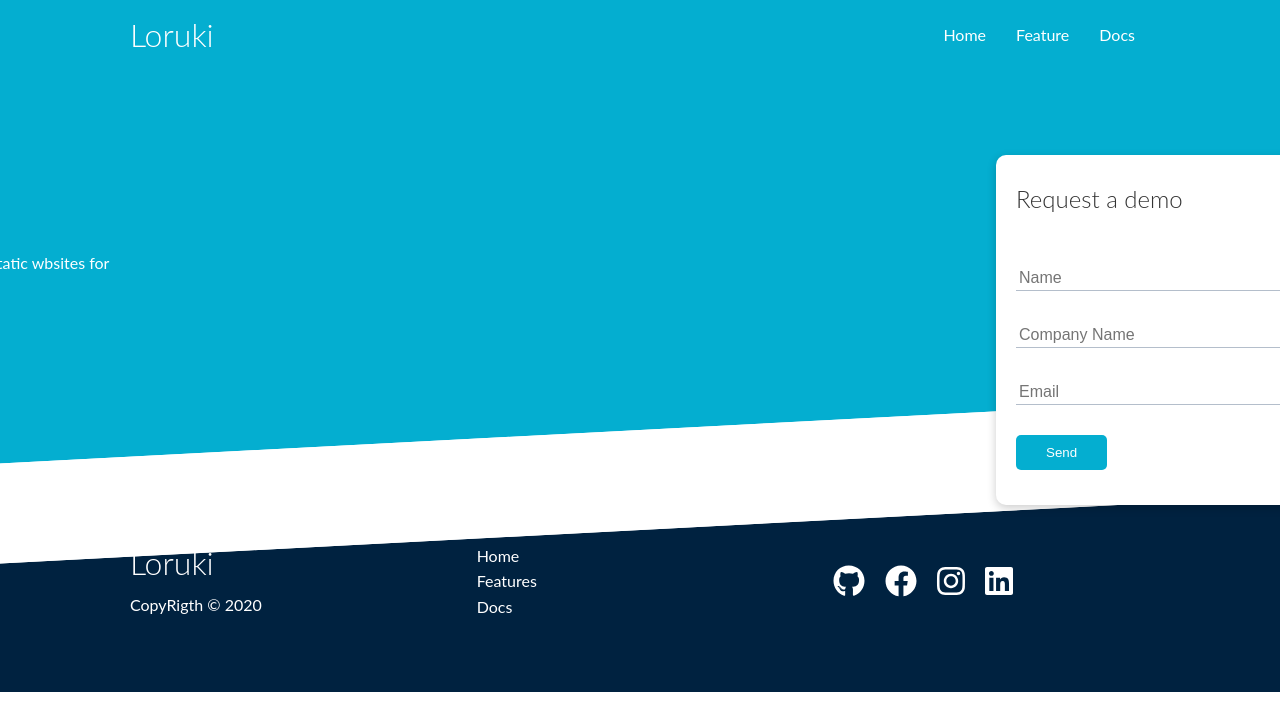
Repository: MosiurRrahman/loruki-app-reactjs
Page: /
An editor plug-in stored every save of this project. The page is shown before and after the next save, followed by the edit.
The browser window is 1280 px wide. The pictures show the whole page.
The project was rebuilt for these pictures with package versions that can differ from the ones it lists, and the page was loaded fresh each time. Also part of the build but not shown: src/components/app.jsx.

Above is the page before, as saved 2021-10-05 16:54:39.

### src/index.js
import React from 'react';
import ReactDOM from 'react-dom';
import { BrowserRouter, Route, Switch } from 'react-router-dom';
import Layout from './components/app';
import defaultLayout from './components/layouts/Main';
import './index.css';
// import './utilities';






class Root extends React.Component{
  render(){
    return(
      <BrowserRouter basename = {"/"} >
      <Switch>
        <Route exact path = "/" component={defaultLayout} />
      <Layout></Layout>
      </Switch>
      </BrowserRouter>
    );
  }
}




ReactDOM.render(
  <React.StrictMode>
    <Root />
  </React.StrictMode>,
  document.getElementById('root')
);

### src/components/layouts/Main.jsx
import React, { Component } from "react";
import Footer from "../common/Footer";
import Header from "../common/Header";
import HomePage from "../pages/home/HomePage";

class Main extends Component {
  constructor(props) {
    super(props);
    this.state = {};
  }
  render() {
    return (
      <>
        <Header />
        <HomePage />
        <Footer />
      </>
    );
  }
}

export default Main;

### src/index.css
/* all css imported */

@import url("./assets/css/main");
@import url("./assets/css/utilities");

### src/components/common/Footer.jsx
import {
  faFacebook,
  faGithub,
  faInstagram,
  faLinkedin,
} from "@fortawesome/free-brands-svg-icons";
import { FontAwesomeIcon } from "@fortawesome/react-fontawesome";
import { Component } from "react";

class Footer extends Component {
  render() {
    return (
      <>
        <footer className="footer bg-dark py-5">
          <div className="container grid grid-3">
            <div>
              <h1>Loruki</h1>
              <p>CopyRigth &copy; 2020</p>
            </div>
            <nav>
              <ul>
                <li>
                  <a href="index.html">Home</a>
                </li>
                <li>
                  <a href="feature.html">Features</a>
                </li>
                <li>
                  <a href="docs.html">Docs</a>
                </li>
              </ul>
            </nav>
            <div className="social">
              <a href="#">
                <li className="fa-2x">
                  <FontAwesomeIcon icon={faGithub} />
                </li>
              </a>
              <a href="#">
                <li className="fa-2x">
                  <FontAwesomeIcon icon={faFacebook} />
                </li>
              </a>
              <a href="#">
                <li className="fa-2x">
                  <FontAwesomeIcon icon={faInstagram} />
                </li>
              </a>
              <a href="#">
                <li className=" fa-2x">
                  <FontAwesomeIcon icon={faLinkedin} />
                </li>
              </a>
            </div>
          </div>
        </footer>
      </>
    );
  }
}
export default Footer;

### src/components/common/Header.jsx
import { Component } from "react";

class Header extends Component {
  render() {
    return (
      <>
        <div className="navbar">
          <div className="container flex">
            <h1 className="logo">Loruki</h1>
            <nav>
              <ul>
                <li>
                  <a href="index.html">Home</a>
                </li>
                <li>
                  <a href="feature.html">Feature</a>
                </li>
                <li>
                  <a href="docs.html">Docs</a>
                </li>
              </ul>
            </nav>
          </div>
        </div>
      </>
    );
  }
}
export default Header;

### src/components/pages/home/HomePage.js
import React, { Component } from 'react';
import ShowCase from './ShowCase';

class HomePage extends Component {
    constructor(props){
        super(props);
        this.state = {

        }
    }
    render() {
        return (
            <>
            <ShowCase/>
            </>
        );
    }
}

export default HomePage;

### src/assets/css/main.css
:root {
  --primary-color: #04aed0;
  --secondry-color: #04a1c0;
  --dark-color: #002240;
  --light-color: #f4f4ff;
  --success-color: #5cb85c;
  --error-color: #d9534f;
}

* {
  box-sizing: border-box;
  margin: 0;
  padding: 0;
}

body {
  font-family: "lato", sans-serif;
  color: #333333;
  line-height: 1.6;
}

ul {
  list-style-type: none;
}

a {
  text-decoration: none;
  color: #333333;
}

h1,
h2 {
  font-weight: 300;
  line-height: 1.2;
  margin: 10px 0;
}

p {
  margin: 10px 0;
}

img {
  width: 100%;
}

code,
pre {
  background: #333;
  color: #fff;
  padding: 10px;
}

.hidden {
  visibility: hidden;
  height: 0;
}

/* === navbar style === */

.navbar {
  background-color: var(--primary-color);
  color: #ffffff;
  height: 70px;
}

.navbar .flex {
  justify-content: space-between;
}

.navbar ul {
  display: flex;
}

.navbar ul a {
  padding: 10px;
  margin: 0 5px;
  color: #fff;
  transition: 0.3s;
}

.navbar ul a:hover {
  border-bottom: 2px solid #fff;
}

/* === Showcase style === */

.showcase {
  height: 400px;
  background-color: var(--primary-color);
  color: #fff;
  position: relative;
}

.showcase h1 {
  font-size: 40px;
}

.showcase p {
  margin: 20px 0;
}

.showcase .grid {
  overflow: visible;
  grid-template-columns: 55% 45%;
  gap: 30px;
}

body {
  overflow-x: hidden;
}

.showcase-form {
  position: relative;
  top: 60px;
  height: 350px;
  max-width: 400px;
  padding: 40px;
  z-index: 100;
  animation: slideInFromRight 1s ease-in;
}

.showcase-text {
  animation: slideInFromLeft 1s ease-in;
}

.showcase .form-control {
  margin: 30px 0;
}

.showcase input[type="text"],
.showcase input[type="email"] {
  border: 0;
  border-bottom: 1px solid #b4becb;
  width: 100%;
  padding: 3px;
  font-size: 16px;
}

.showcase-form input:focus {
  outline: none;
}

.showcase::before,
.showcase::after {
  content: "";
  position: absolute;
  height: 100px;
  background: #fff;
  left: 0;
  bottom: -60px;
  right: 0;
  transform: skewY(-3deg);
  --webkit-transform: skewY(-3deg);
  --moz-transform: skewY(-3deg);
  --ms-transform: skewY(-3deg);
}

/* ===stats=== */

.stats {
  padding-top: 100px;
  animation: slideInFromBottom 1s ease-in;
}

.stats-heading {
  max-width: 500px;
  margin: auto;
}

.stats .grid h3 {
  font-size: 35px;
}

.stats .grid p {
  font-size: 20px;
  font-weight: bold;
}

/* cli */

.cli .grid {
  grid-template-columns: repeat(3, 1fr);
  grid-template-rows: repeat(2, 1fr);
}

.cli .grid > *:first-child {
  grid-column: 1 / span 2;
  grid-row: 1 / span 2;
}

/* Cloud */

.cloud .grid {
  grid-template-columns: repeat(4fr, 1fr);
}

/* languages */

.languages .flex {
  flex-wrap: wrap;
}

.languages .card {
  text-align: center;
  margin: 18px 10px 40px;
  transition: 0.3s;
}

.languages .card:hover {
  transform: translateY(-15px);
  color: var(--primary-color);
}

.languages .card h4 {
  font-size: 20px;
  margin-bottom: 10px;
}

/* Feature section */

.freatures-head img,
.docs-head img {
  width: 200px;
  justify-self: center;
}

.freatures-sub-head img {
  width: 300px;
  justify-self: flex-end;
}

/* feature main */

.freatures-main .card > i {
  margin-right: 20px;
}

.freatures-main .grid {
  padding: 30px;
}

.freatures-main .grid > *:first-child {
  grid-column: 1 / span 3;
}

.freatures-main .grid > *:nth-child(2) {
  grid-column: 1 / span 2;
}

.freatures-main .grid > *:nth-child(2) {
  justify-content: start;
}

/* dosc */

.docs-main h3 {
  margin: 20px 0;
}

.docs-main .grid {
  grid-template-columns: 1fr 2fr;
  align-items: flex-start;
}

.docs-main nav li {
  font-size: 20px;
  padding-bottom: 5px;
  margin-bottom: 5px;
  border-bottom: 1px solid #ccc;
}

.docs-main nav a:hover {
  color: var(--primary-color);
  font-weight: bold;
}

/* Footer */
.footer .social {
  display: flex;
}
.footer .social a {
  margin: 0 10px;
}

.footer .social a li {
  list-style-type: none;
  transition: 0.3s;
}

.footer .social a li:hover {
  transform: translateY(-5px);
  color: var(--primary-color);
}

/* Animation */

@keyframes slideInFromLeft {
  0% {
    transform: translateX(-100%);
  }
  100% {
    transform: translateX(0);
  }
}

@keyframes slideInFromRight {
  0% {
    transform: translateX(70%);
  }
  100% {
    transform: translateX(0);
  }
}

@keyframes slideInFromTop {
  0% {
    transform: translateY(-100%);
  }
  100% {
    transform: translateX(0);
  }
}

@keyframes slideInFromBottom {
  0% {
    transform: translateY(100%);
  }
  100% {
    transform: translateX(0);
  }
}

/* ===responsive css ===*/

/* Tablets and under */

@media screen and (max-width: 768px) {
  .grid,
  .showcase .grid,
  .stats .grid,
  .cli .grid,
  .cloud .grid,
  .freature-main .grid,
  .docs-main .grid {
    grid-template-columns: 1fr;
    grid-template-rows: 1fr;
  }
  .showcase {
    height: auto;
  }
  .showcase-text {
    text-align: center;
    margin-top: 40px;
    animation: slideInFromTop 1s ease-in;
  }
  .showcase-form {
    justify-self: center;
    margin: auto;
    animation: slideInFromBottom 1s ease-in;
  }
  .cli .grid > *:first-child {
    grid-column: 1;
    grid-row: 1;
  }
  .freatures-head,
  .freatures-sub-head,
  .docs-head {
    text-align: center;
  }
  .freatures-head img,
  .freatures-sub-head img,
  .docs-head img {
    justify-self: center;
  }
  .freatures-main .grid > *:first-child,
  .freatures-main .grid > *:nth-child(2) {
    grid-column: 1;
  }
  .grid-3 {
    grid-template-columns: 1fr;
    grid-template-rows: 1fr;
  }
}

/* Mobile */

@media (max-width: 500px) {
  .navbar {
    height: 110px;
  }
  .navbar .flex {
    flex-direction: column;
  }
  .navbar ul {
    padding: 10px;
    background: rgba(0, 0, 0, 0.1);
  }
}

/* ===responsive css end ===*/

/* === utlities === */

.container {
  max-width: 1100px;
  margin: 0 auto;
  overflow: auto;
  padding: 0 40px;
}

.card {
  background-color: #fff;
  color: #333;
  border-radius: 10px;
  box-shadow: 0 3px 10px rgba(0, 0, 0, 0.2);
  padding: 20px;
  margin: 10px;
}

.card p {
  padding-left: 20px;
}

.btn {
  display: inline-block;
  padding: 10px 30px;
  cursor: pointer;
  background: var(--primary-color);
  color: #fff;
  border: none;
  border-radius: 5px;
  transition: 0.3s;
}

.btn-outline {
  background-color: transparent;
  border: 1px solid #ffffff;
}

.btn:hover {
  transform: translate(5px);
}

/* background and colored buttons */

.btn-primary,
.bg-primary {
  background-color: var(--primary-color);
  color: #ffffff;
}

.btn-secondry,
.bg-secondry {
  background-color: var(--secondry-color);
  color: #ffffff;
}

.btn-dark,
.bg-dark {
  background-color: var(--dark-color);
  color: #ffffff;
}

.btn-light,
.bg-light {
  background-color: var(--light-color);
  color: #333;
}

.btn-primary a,
.bg-primary a,
.btn-secondry a,
.bg-secondry a,
.btn-dark a,
.bg-dark a {
  color: #fff;
}

/* text sizes */

.lead {
  font-size: 20px;
}

.sm {
  font-size: 1rem;
}

.md {
  font-size: 2rem;
}

.lg {
  font-size: 3rem;
}

.xl {
  font-size: 4rem;
}

.text-center {
  text-align: center;
}

.flex {
  display: flex;
  justify-items: center;
  align-items: center;
  height: 100%;
}

.grid {
  display: grid;
  grid-template-columns: repeat(2, 1fr);
  gap: 20px;
  justify-content: center;
  align-items: center;
  height: 100%;
}

.grid-3 {
  grid-template-columns: repeat(3, 1fr);
}

/* alart */

.alert {
  background-color: var(--light-color);
  padding: 10px 20px;
  font-weight: bold;
  margin: 15px 0;
}

.alert i {
  margin-right: 10px;
}

.alert-success {
  background-color: var(--success-color);
  color: #fff;
}

.alert-error {
  background-color: var(--errer-color);
  color: #fff;
}

/* Margin */

.my-1 {
  margin: 1rem 0;
}

.my-2 {
  margin: 1.5rem 0;
}

.my-3 {
  margin: 2rem;
}

.my-4 {
  margin: 3rem 0;
}

.my-5 {
  margin: 4rem 0;
}

.m-1 {
  margin: 1rem;
}

.m-2 {
  margin: 1.5rem;
}

.m-3 {
  margin: 2rem;
}

.m-4 {
  margin: 3rem;
}

.m-5 {
  margin: 4rem;
}

/* padding */

.py-1 {
  padding: 1rem 0;
}

.py-2 {
  padding: 1.5rem 0;
}

.py-3 {
  padding: 2rem;
}

.py-4 {
  padding: 3rem 0;
}

.py-5 {
  padding: 4rem 0;
}

.p-1 {
  padding: 1rem;
}

.p-2 {
  padding: 1.5rem;
}

.p-3 {
  padding: 2rem;
}

.p-4 {
  padding: 3rem;
}

.p-5 {
  padding: 4rem;
}

### src/assets/css/utilities.css
/* === utlities === */

.container {
  max-width: 1100px;
  margin: 0 auto;
  overflow: auto;
  padding: 0 40px;
}

.card {
  background-color: #fff;
  color: #333;
  border-radius: 10px;
  box-shadow: 0 3px 10px rgba(0, 0, 0, 0.2);
  padding: 20px;
  margin: 10px;
}

.card p {
  padding-left: 20px;
}

.btn {
  display: inline-block;
  padding: 10px 30px;
  cursor: pointer;
  background: var(--primary-color);
  color: #fff;
  border: none;
  border-radius: 5px;
  transition: 0.3s;
}

.btn-outline {
  background-color: transparent;
  border: 1px solid #ffffff;
}

.btn:hover {
  transform: translate(5px);
}

/* background and colored buttons */

.btn-primary,
.bg-primary {
  background-color: var(--primary-color);
  color: #ffffff;
}

.btn-secondry,
.bg-secondry {
  background-color: var(--secondry-color);
  color: #ffffff;
}

.btn-dark,
.bg-dark {
  background-color: var(--dark-color);
  color: #ffffff;
}

.btn-light,
.bg-light {
  background-color: var(--light-color);
  color: #333;
}

.btn-primary a,
.bg-primary a,
.btn-secondry a,
.bg-secondry a,
.btn-dark a,
.bg-dark a {
  color: #fff;
}

/* text sizes */

.lead {
  font-size: 20px;
}

.sm {
  font-size: 1rem;
}

.md {
  font-size: 2rem;
}

.lg {
  font-size: 3rem;
}

.xl {
  font-size: 4rem;
}

.text-center {
  text-align: center;
}

.flex {
  display: flex;
  justify-items: center;
  align-items: center;
  height: 100%;
}

.grid {
  display: grid;
  grid-template-columns: repeat(2, 1fr);
  gap: 20px;
  justify-content: center;
  align-items: center;
  height: 100%;
}

.grid-3 {
  grid-template-columns: repeat(3, 1fr);
}

/* alart */

.alert {
  background-color: var(--light-color);
  padding: 10px 20px;
  font-weight: bold;
  margin: 15px 0;
}

.alert i {
  margin-right: 10px;
}

.alert-success {
  background-color: var(--success-color);
  color: #fff;
}

.alert-error {
  background-color: var(--errer-color);
  color: #fff;
}

/* Margin */

.my-1 {
  margin: 1rem 0;
}

.my-2 {
  margin: 1.5rem 0;
}

.my-3 {
  margin: 2rem;
}

.my-4 {
  margin: 3rem 0;
}

.my-5 {
  margin: 4rem 0;
}

.m-1 {
  margin: 1rem;
}

.m-2 {
  margin: 1.5rem;
}

.m-3 {
  margin: 2rem;
}

.m-4 {
  margin: 3rem;
}

.m-5 {
  margin: 4rem;
}

/* padding */

.py-1 {
  padding: 1rem 0;
}

.py-2 {
  padding: 1.5rem 0;
}

.py-3 {
  padding: 2rem;
}

.py-4 {
  padding: 3rem 0;
}

.py-5 {
  padding: 4rem 0;
}

.p-1 {
  padding: 1rem;
}

.p-2 {
  padding: 1.5rem;
}

.p-3 {
  padding: 2rem;
}

.p-4 {
  padding: 3rem;
}

.p-5 {
  padding: 4rem;
}

### src/components/pages/home/ShowCase.js
import React, { Component } from "react";
import ShowcaseForm from "./ShowcaseForm";

class ShowCase extends Component {
  render() {
    return (
      <>
        <section className="showcase">
          <div className="container grid">
            <div className="showcase-text">
              <h1>Easier Deployment</h1>
              <p>
                Deploy web apps of all kinds, from large scale enterise APIs to
                static wbsites for individuals.Flill out the form to try a demo
                of our platform
              </p>
              <a href="feature.html" class="btn btn-outline">
                Read More
              </a>
            </div>


          <ShowcaseForm/>
          </div>
        </section>
      </>
    );
  }
}

export default ShowCase;

### src/components/pages/home/ShowcaseForm.js
import React, { Component } from 'react';

class ShowcaseForm extends Component {
    render() {
        return (
            <>
                <div className="showcase-form card">
                <h2>Request a demo</h2>
                <form name="contact" method="POST" data-netlify="true" netlify-honeypot="bot-field">
                    <input type="hidden" name="form-name" value="contact"/>
                    <p className="hidden">
                        <label>Don’t fill this out if you're human: <input name="bot-field" /></label>
                    </p>
                    <div className="form-control">
                        <input type="text" name="name" id="" placeholder="Name" required />
                    </div>
                    <div className="form-control">
                        <input type="text" name="Company name" id="" placeholder="Company Name" required />
                    </div>
                    <div className="form-control">
                        <input type="email" name="email" id="" placeholder="Email" required />
                    </div>
                    <input type="submit" value="Send" className="btn btn-primary" />
                </form>
            </div>
            </>
        );
    }
}

export default ShowcaseForm;

### src/components/pages/home/Status.js
import React, { Component } from 'react';

class Status extends Component {
    render() {
        return (
            <div>
                this is Status components
            </div>
        );
    }
}

export default Status;

Loaded but not shown: public/index.html (common file)

After the next save:
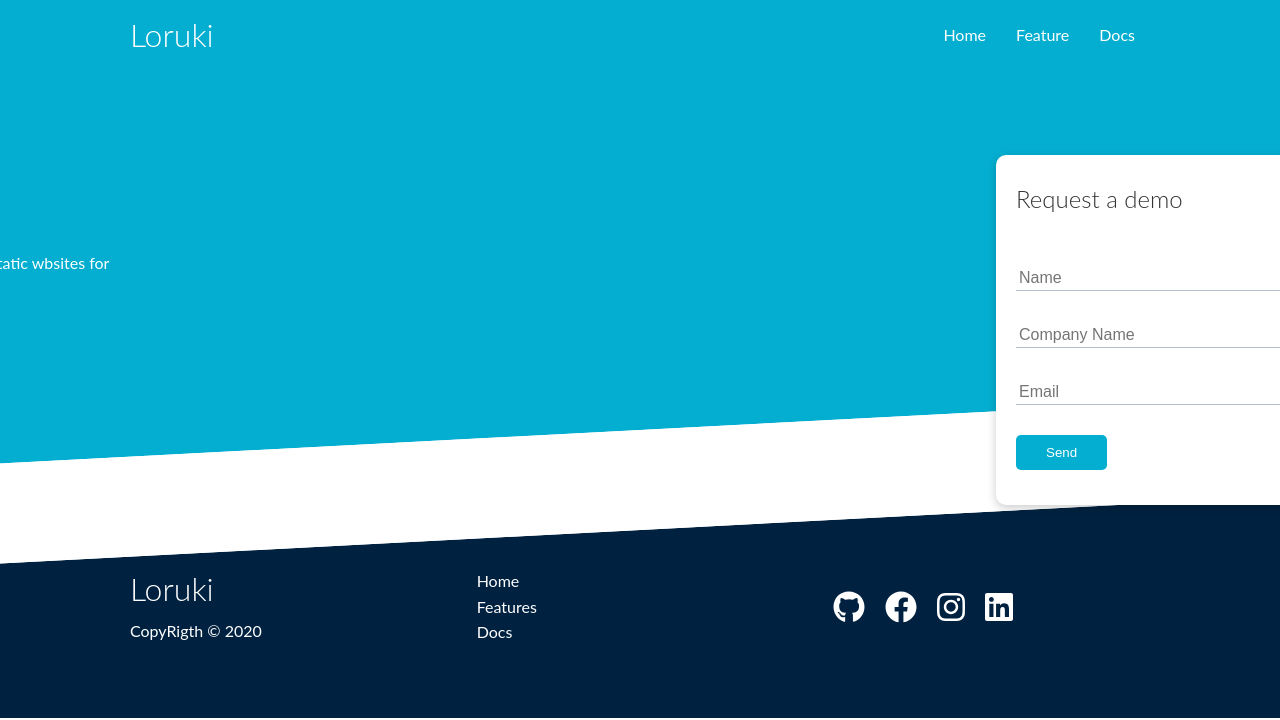
Saved 12 s later.
--- a/src/components/pages/home/HomePage.js
+++ b/src/components/pages/home/HomePage.js
@@ -1,5 +1,6 @@
 import React, { Component } from 'react';
 import ShowCase from './ShowCase';
+import Status from './Status';
 
 class HomePage extends Component {
     constructor(props){
@@ -12,6 +13,7 @@ class HomePage extends Component {
         return (
             <>
             <ShowCase/>
+            <Status/>
             </>
         );
     }
